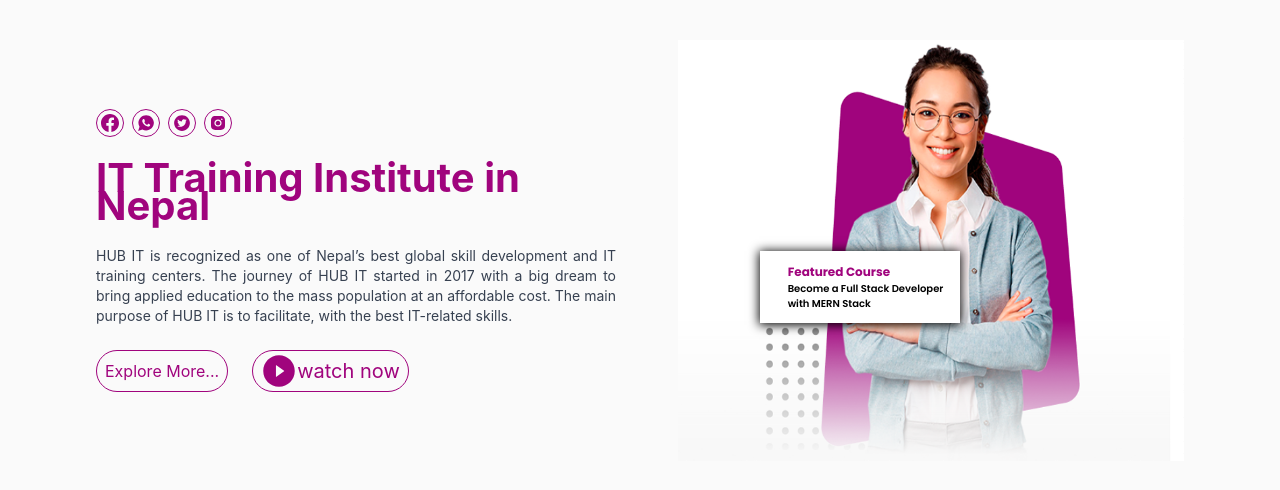
Repository: praveenmunagapati/hgllearnv2
Page: /HomePage/Home
An editor plug-in stored every save of this project. The page is shown before and after the next save, followed by the edit.
The browser window is 1280 px wide. The pictures show the whole page.
The project was rebuilt for these pictures with package versions that can differ from the ones it lists, and the page was loaded fresh each time. The framework's server and built-in components were replaced by stand-ins that run in the browser. Also part of the build but not shown: next.config.js.

Above is the page before, as saved 2023-01-03 14:28:01.

After the next save:
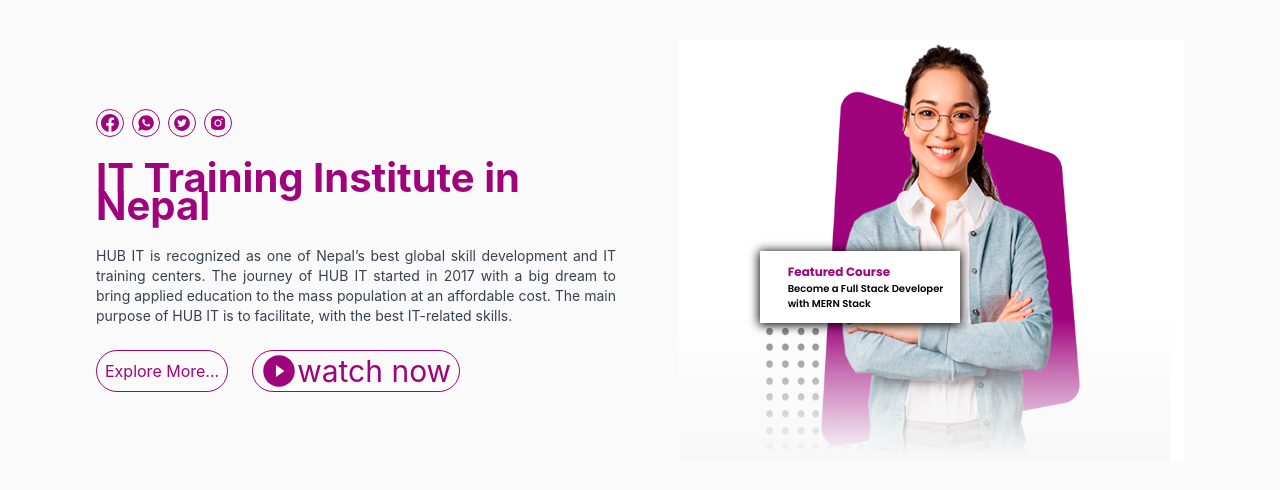
Saved 5 s later.
--- a/pages/HomePage/Home.jsx
+++ b/pages/HomePage/Home.jsx
@@ -53,7 +53,7 @@
             <div className=" h-max items-center cursor-pointer">
               <div className="flex border-[1.5px] border-[#A0047D] rounded-full mr-6 px-2 py-[2px] text-sm xl:text-base xxl:text-lg text-main hover:scale-105 transition-all ease-in-out duration-300 delay-100 hover:bg-main hover:text-white">
                 <AiFillPlayCircle className="text-[#a0047d] text-2xl md:hidden xl:text-4xl xxl:text-5xl" />
-                <button className="text-xl">watch now</button>
+                <button className="text-3xl">watch now</button>
               </div>
             </div>
           </div>
